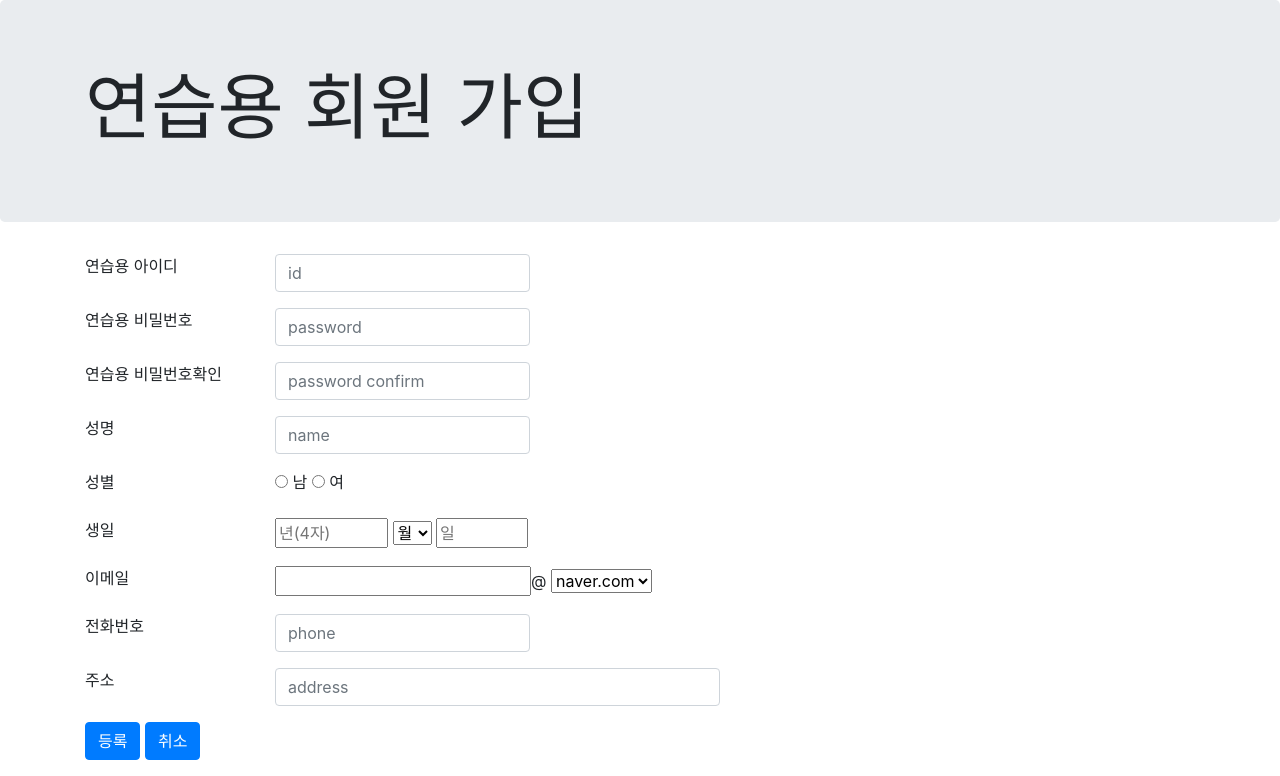
Repository: hodob/JSP_Practice
Page: http://localhost/JSP_WebMarket_JJH/ch06_ex/sign_up.jsp
These files come from the project's save history. The page is drawn as it stood at one moment and after the next save; the edit follows.
The browser window is 1280 px wide. The pictures show the whole page.
The page is served by Tomcat 9.

Above is the page before, as saved 2022-08-10 07:09:33.

After the next save:
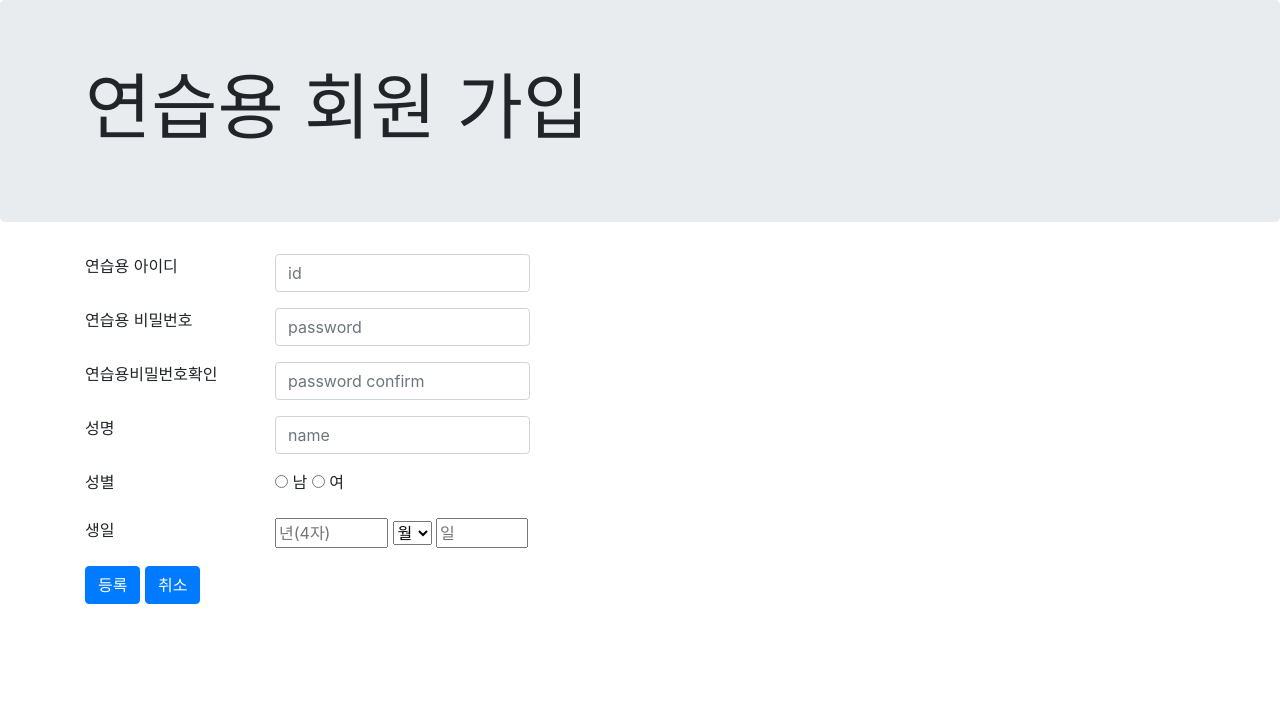
Saved 2 min 34 s later.
--- a/JSP_WebMarket_JJH/WebContent/ch06_ex/sign_up.jsp
+++ b/JSP_WebMarket_JJH/WebContent/ch06_ex/sign_up.jsp
@@ -46,7 +46,7 @@
 				</div>
 			</div>
 			<div class="form-group  row">
-				<label class="col-sm-2">연습용 비밀번호확인</label>
+				<label class="col-sm-2">연습용비밀번호확인</label>
 				<div class="col-sm-3">
 					<input name="password_confirm" type="text" class="form-control" placeholder="password confirm" >
 				</div>
@@ -85,7 +85,7 @@
 					</select> <input type="text" name="birthdd" maxlength="2" placeholder="일" size="4">
 				</div>
 			</div>
-			<div class="form-group  row ">
+<!-- 			<div class="form-group  row ">
 				<label class="col-sm-2">이메일</label>
 				<div class="col-sm-10">
 					<input type="text" name="mail1" maxlength="50">@
@@ -96,21 +96,21 @@
 						<option>nate.com</option>
 					</select>
 				</div>
-			</div>
-			<div class="form-group  row">
+			</div> -->
+<!-- 			<div class="form-group  row">
 				<label class="col-sm-2">전화번호</label>
 				<div class="col-sm-3">
 					<input name="phone" type="text" class="form-control" placeholder="phone" >
 
 				</div>
-			</div>
-			<div class="form-group  row">
+			</div> -->
+			<!-- <div class="form-group  row">
 				<label class="col-sm-2 ">주소</label>
 				<div class="col-sm-5">
 					<input name="address" type="text" class="form-control" placeholder="address">
 
 				</div>
-			</div>
+			</div> -->
 			<div class="form-group  row">
 				<div class="col-sm-offset-2 col-sm-10 ">
 					<input type="submit" class="btn btn-primary " value="등록 " >
